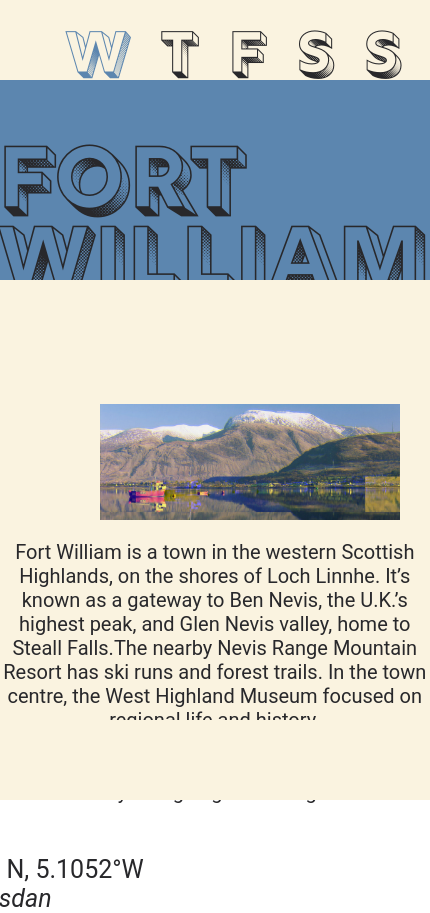
Repository: etak-yram/FINAL-CFG-WEB-DEV
Page: wednesday.html
The author's editor kept a copy of each file at every save. The page is drawn from the files as they stood at one save, then again after a run of saves.
The browser window is 375 px wide. The page is 430 px wide, so the pictures cover 430 px, including what lies to the right of the window. The pictures show the whole page.

Above is the page before, as saved 2022-07-27 12:41:12.

After the next 2 saves:
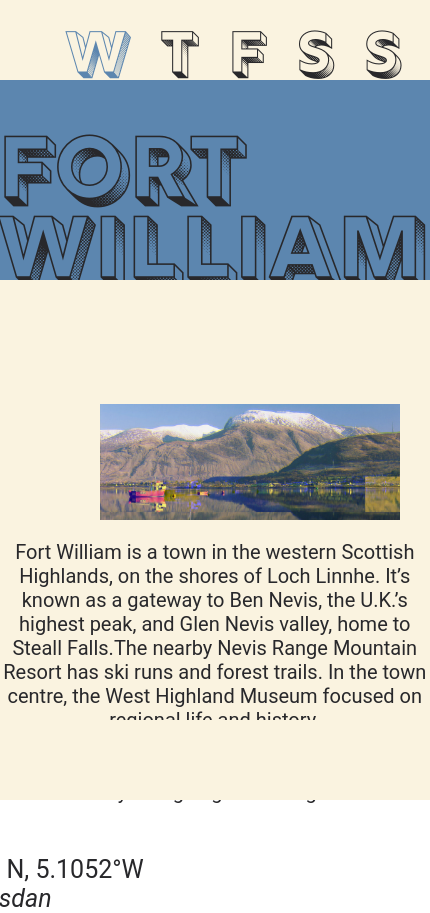
The 2 saves are shown as one change because they came seconds apart.
The last was saved 8 s later.
--- a/style-main.css
+++ b/style-main.css
@@ -225,7 +225,7 @@ aside {
   display: flex;
   justify-content: center;
   align-items: center;
-  padding-bottom: 10px;;
+  padding-bottom: 30px;
 }
 
 
